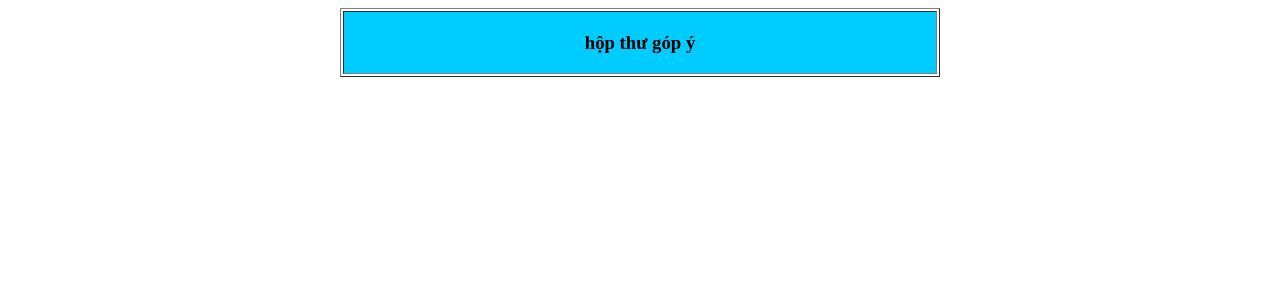
Repository: Tan-Khang21/TH_TKW--Buoi_04
Page: Bai_Tap_Ve_Nha/Bai_02/form8.html
The author's editor kept a copy of each file at every save. The page is drawn from the files as they stood at one save, then again after the next save.
The browser window is 1280 px wide. The pictures show the whole page.

Above is the page before, as saved 2024-03-07 16:24:27.

### Bai_Tap_Ve_Nha/Bai_02/form8.html
<!DOCTYPE html>
<html lang="en">
<head>
    <meta charset="UTF-8">
    <meta name="viewport" content="width=device-width, initial-scale=1.0">
    <title>Document</title>
</head>
<body>
    <form style="width: 600px; margin: 0 auto;" >
<table border="1px" style="width: 600px;">
    <tr>
        <th bgcolor="#00ccff"><h3 style="text-transform: uppercase;"><h3>hộp thư góp ý</h3></th>
    </tr>
</table>
    </form>
</body>
</html>

After the next save:
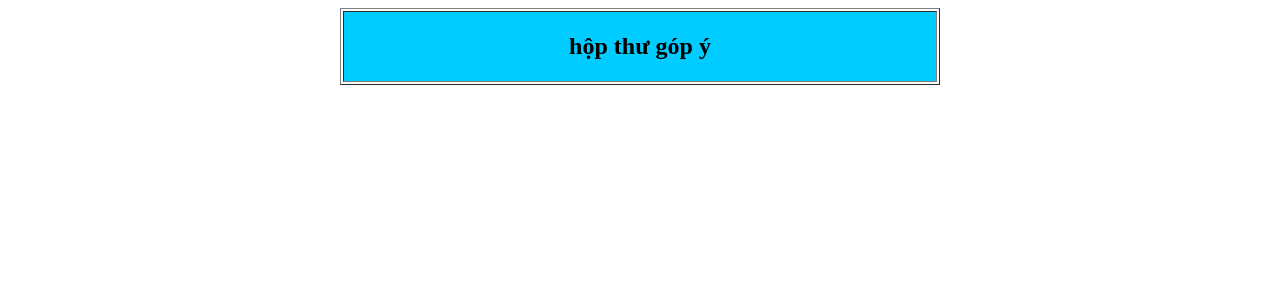
Saved 6 s later.
--- a/Bai_Tap_Ve_Nha/Bai_02/form8.html
+++ b/Bai_Tap_Ve_Nha/Bai_02/form8.html
@@ -9,7 +9,7 @@
     <form style="width: 600px; margin: 0 auto;" >
 <table border="1px" style="width: 600px;">
     <tr>
-        <th bgcolor="#00ccff"><h3 style="text-transform: uppercase;"><h3>hộp thư góp ý</h3></th>
+        <th bgcolor="#00ccff"><h3 style="text-transform: uppercase;"><h2>hộp thư góp ý</h2></th>
     </tr>
 </table>
     </form>
